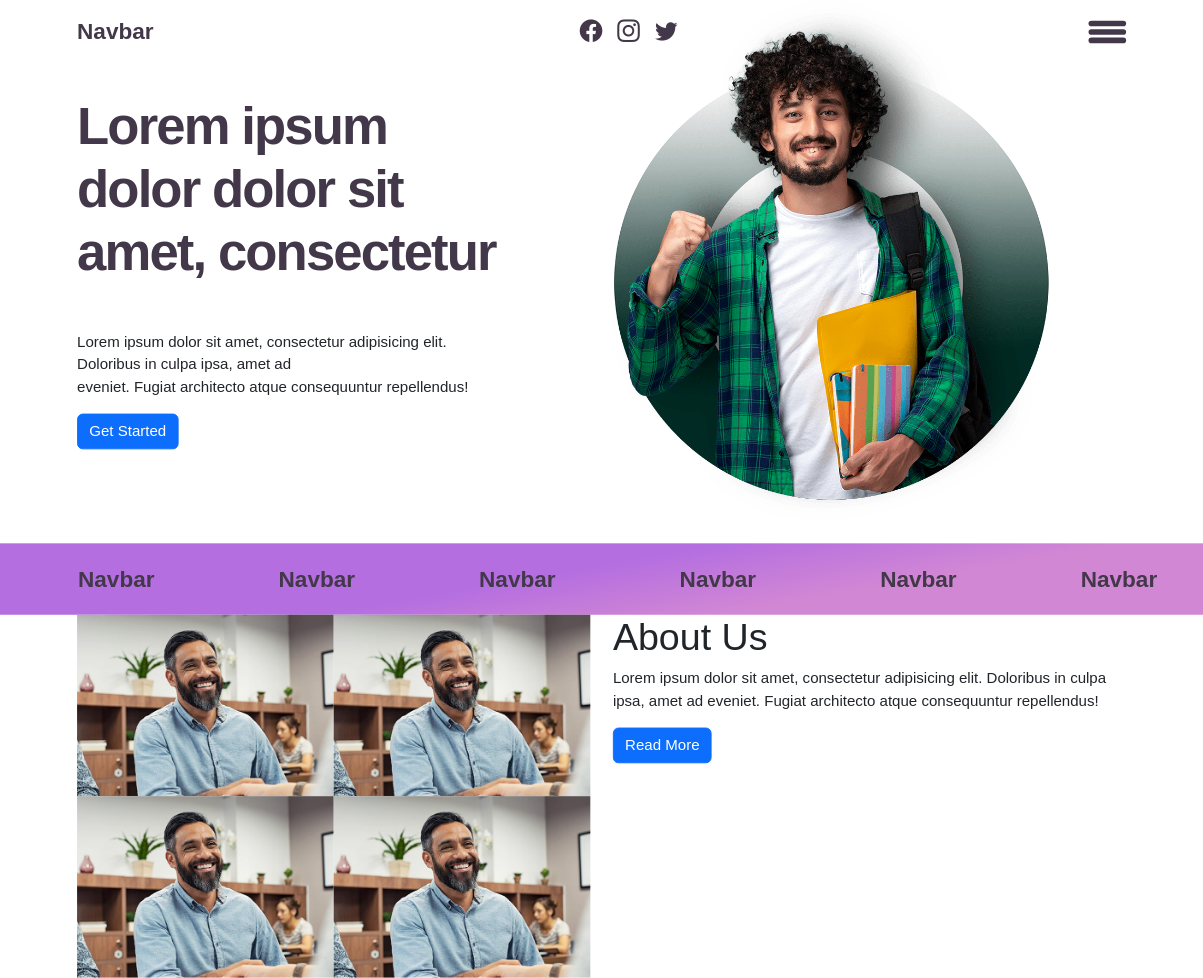
Repository: tagnam/project27012025
Page: index.html
An editor plug-in stored every save of this project. The page is shown before and after a run of saves, followed by the edit.
The browser window is 1280 px wide. The pictures show the whole page, at 94% of full size.

Above is the page before, as saved 2025-01-27 16:26:55.

### index.html
<!DOCTYPE html>
<html lang="en">
<head>
    <meta charset="UTF-8">
    <meta name="viewport" content="width=device-width, initial-scale=1.0">
    <link href="https://cdn.jsdelivr.net/npm/bootstrap@5.3.3/dist/css/bootstrap.min.css" rel="stylesheet" integrity="sha384-QWTKZyjpPEjISv5WaRU9OFeRpok6YctnYmDr5pNlyT2bRjXh0JMhjY6hW+ALEwIH" crossorigin="anonymous">
    <link rel="stylesheet" href="style/css/index.css">
    <link rel="stylesheet" href="style/css/animation.css">
    <link rel="stylesheet" href="style/css/responsive.css">
    <title>project27012025</title>
</head>
<body>
<header>
    <!-- --------------------------------------------start nav bar ------------------------------->
    <nav class="navbar navbar-expand-lg custom-nav">
        <div class="container">
          <div class="collapse navbar-collapse justify-content-between" id="navbarSupportedContent">
            <a class="navbar-brand" href="#">Navbar</a>
            <ul class="navbar-nav  ">

              <li class="nav-item">
                <a class="nav-link" href="#"><i class="bi bi-facebook"></i></a>
              </li>
              <li class="nav-item">
                <a class="nav-link" href="#"><i class="bi bi-instagram"></i></a>
              </li>
              <li class="nav-item">
                <a class="nav-link" href="#"><i class="bi bi-twitter"></i></a>
              </li>
            </ul>
            <div class="d-flex">
               <div class="menu-container" type="button" data-bs-toggle="offcanvas" data-bs-target="#offcanvasExample" aria-controls="offcanvasExample">
                <span class="span-menu-01 menu-icon"></span>
                <span class="span-menu-02 menu-icon"></span>
                <span class="span-menu-03 menu-icon"></span>
            </div>
            </div>
          </div>
        </div>
      </nav>

      <!-- ------------------------------start offcanvas ---------------------------------------->
      <div class="offcanvas offcanvas-start " tabindex="-1" id="offcanvasExample" aria-labelledby="offcanvasExampleLabel">
        <div class="offcanvas-header">
          <h5 class="offcanvas-title" id="offcanvasExampleLabel">Offcanvas</h5>
          <button type="button" class="btn-close text-reset" data-bs-dismiss="offcanvas" aria-label="Close"></button>
        </div>
        <div class="offcanvas-body">
          <div>
            Some text as placeholder. In real life you can have the elements you have chosen. Like, text, images, lists, etc.
          </div>
          <div class="dropdown mt-3">
            <button class="btn btn-secondary dropdown-toggle" type="button" id="dropdownMenuButton" data-bs-toggle="dropdown">
              Dropdown button
            </button>
            <ul class="dropdown-menu" aria-labelledby="dropdownMenuButton">
              <li><a class="dropdown-item" href="#">Action</a></li>
              <li><a class="dropdown-item" href="#">Another action</a></li>
              <li><a class="dropdown-item" href="#">Something else here</a></li>
            </ul>
          </div>
        </div>
      </div>
       <!-- -----------------------------end offcanvas ------------------------------------------->
      <!------------------------------------------------ end navbar ----------------------------->


</header>
<section class="hero-section">
    <div  class="container" style="height: 100%;">
        <div class="row" >
            <div class="col-lg-6 col-md-6 col-sm-12">
                <div class="banner-content ">
                    <h1>Lorem ipsum dolor  dolor sit amet, consectetur </h1>
                    <p>Lorem ipsum dolor sit amet, consectetur adipisicing elit. Doloribus in culpa ipsa, amet ad<br> eveniet. Fugiat architecto atque consequuntur repellendus!</p>
                    <button class="btn btn-primary">Get Started</button>
                </div>
            </div>
            <div class="col-lg-6 col-md-6 col-sm-12">
                <div class="banner-img d-flex justify-content-end">
                    <img src="image/hero-banner-01.webp" class="w-100" alt="">

            </div>

        </div>
    </div>
    <!-- <div class="row">
        <div class="col-lg-6 col-md-6 col-sm-12 d-flex justify-content-start">
            <div class="banner-btn">
                <a class="btn custom-btn btn-outline-success"> Get Started </a>
            </div>
        </div>
        <div class="col-lg-6 col-md-6 col-sm-12 d-flex justify-content-end">
             <div class="banner-footer-text">
                <p>Lorem ipsum dolor sit amet <br>consectetur adipisicing elit. Numquam, vel.</p>
             </div>

    </div>
 </div> -->
  </section>


<section class="client-section">
    <div class="container-fluid">
       <div class="row  row-cols-3 row-cols-md-6 g-4">
        <div class="col client-logo">
            <a class="navbar-brand w-25" href="#">Navbar</a>
        </div>
        <div class="col client-logo">
            <a class="navbar-brand w-25" href="#">Navbar</a>
        </div>
        <div class="col client-logo">
            <a class="navbar-brand w-25" href="#">Navbar</a>
        </div>
        <div class="col client-logo">
            <a class="navbar-brand w-25" href="#">Navbar</a>
        </div>
        <div class="col client-logo">
            <a class="navbar-brand w-25" href="#">Navbar</a>
        </div>
        <div class="col client-logo">
            <a class="navbar-brand w-25" href="#">Navbar</a>
        </div>

    </div>
    </div>
</section>

<section>
    <div class="container">
        <div class="row">
            <div class="col-lg-6 col-md-6 col-sm-12">
                <div class="about-row row  row-cols-1 row-cols-md-2 g-0">
                    <div class="col">
                        <div class="img">
                            <img src="image/elearning-08.jpg" class="w-100" alt="">
                        </div>
                    </div>
                    <div class="col">
                        <div class="img">
                            <img src="image/elearning-08.jpg" class="w-100" alt="">
                        </div>
                    </div>
                    <div class="col">
                        <div class="img">
                            <img src="image/elearning-08.jpg" class="w-100" alt="">
                        </div>
                    </div>
                    <div class="col">
                        <div class="img">
                            <img src="image/elearning-08.jpg" class="w-100" alt="">
                        </div>
                    </div>
                </div>
            </div>
            <div class="col-lg-6 col-md-6 col-sm-12">
                <div class="about-content">
                    <h1>About Us</h1>
                    <p>Lorem ipsum dolor sit amet, consectetur adipisicing elit. Doloribus in culpa ipsa, amet ad eveniet. Fugiat architecto atque consequuntur repellendus!</p>
                    <button class="btn btn-primary">Read More</button>
                </div>
            </div>

        </div>
    </div>
</section>
<script src="https://cdn.jsdelivr.net/npm/bootstrap@5.3.3/dist/js/bootstrap.bundle.min.js" integrity="sha384-YvpcrYf0tY3lHB60NNkmXc5s9fDVZLESaAA55NDzOxhy9GkcIdslK1eN7N6jIeHz" crossorigin="anonymous"></script>
<script src="style/js/custom.js"></script>
</body>
</html>

### style/css/index.css
@import url("https://cdn.jsdelivr.net/npm/bootstrap-icons@1.11.3/font/bootstrap-icons.min.css");

*{
 margin: 0;
padding: 0;
box-sizing: border-box;
}

:root{
    --dark-color:#423849;
    --semi-dark-color:#b46ee0;
    --light-color:#d287d4;
    --white-color:#fff;
    --main-heading-font-size: 3.5rem;
    --subheading-font-size: 2rem;
    --paragraph-font-size: 1rem;


}


body{
    font-family: 'Poppins', sans-serif;


}

header{
    position: fixed;
    top: 0;
    z-index: 1000;
width: 100%;
}

.navbar-brand{
    font-size: 1.5rem;
    font-weight: 800;
    color: var(--dark-color);
}

.menu-icon{
    display: block;
    width: 40px;
    height: 6px;
    background-color: var(--dark-color);
    margin: 3px auto;
    border-radius: 20px;
    cursor: pointer;
}


.nav-link .bi{
    font-size: 1.5rem;
    color: var(--dark-color);
}

.banner-content{
    margin: 100px auto;
    padding-right: 100px;
}

.banner-content h1{
    color: var(--dark-color);
    font-weight: 800;
    /* font-size: 55px; */
    font-size: var(--main-heading-font-size);
    letter-spacing: -2px;
    margin: 50px 0px;
}
/* .hero-section{
   background-image: url(/image/business-banner.jpg);
    background-size: cover;
    background-position: center;
    height: 100vh;
} */

.banner-footer-text p{
    color: var(--dark-color);

}


.client-section{
    background: linear-gradient(-190deg, rgba(180,110,224,1) 45%, rgba(210,135,212,1) 70%);
    padding: 20px 0px;
    overflow: hidden;
}

.client-logo{
    display: flex;
    justify-content: center;
    align-items: center;
    flex-wrap: wrap;
    color: var(--white-color);
}
.about-row {
    border: ;
}

Loaded but not shown: style/js/custom.js (no copy from this time; the picture is the same without it); style/css/animation.css (no stored copy; drawn as an empty file); style/css/responsive.css (no stored copy; drawn as an empty file)

After the next 6 saves:
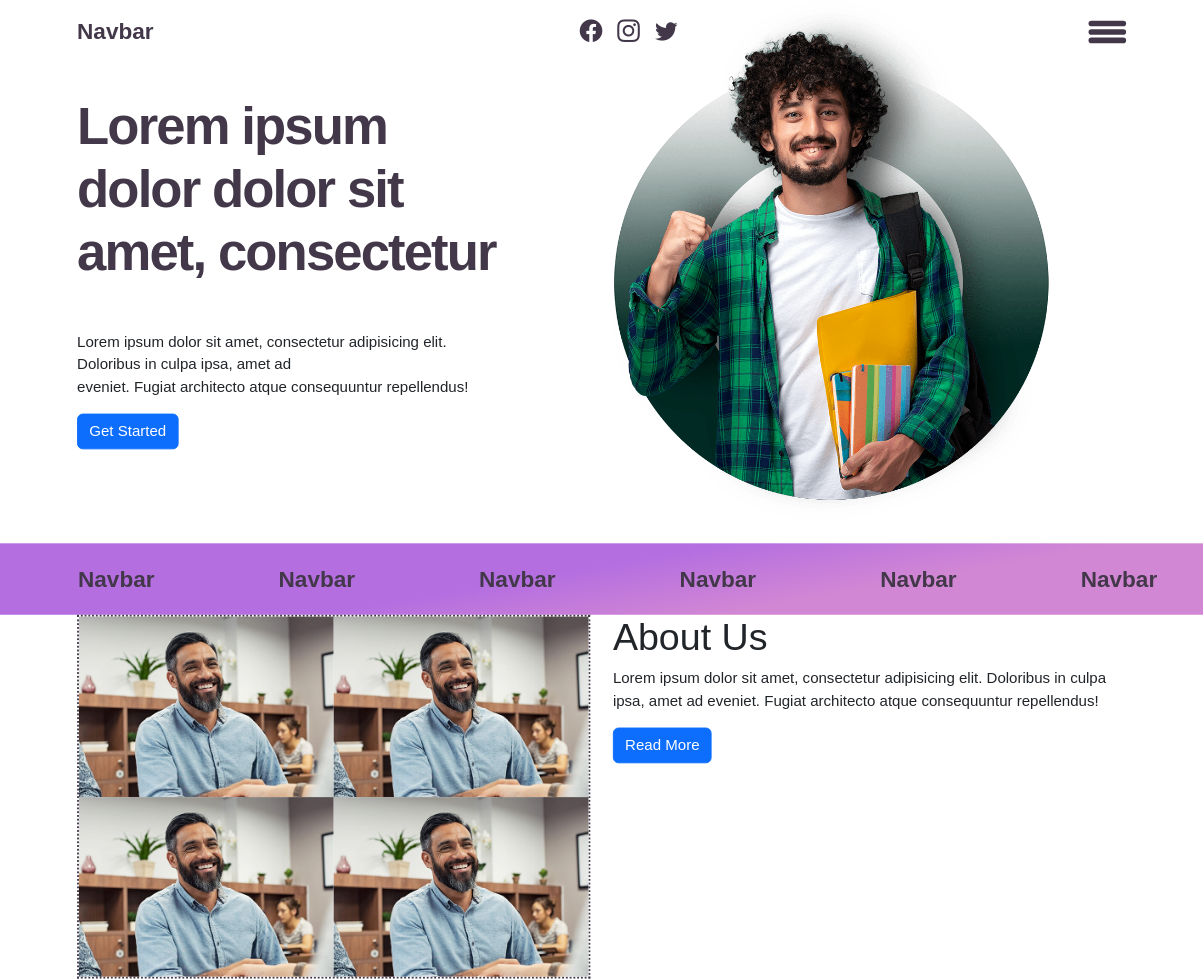
The 6 saves are shown as one change because they came seconds apart.
The last was saved 20 s later.
--- a/style/css/index.css
+++ b/style/css/index.css
@@ -94,5 +94,5 @@ width: 100%;
     color: var(--white-color);
 }
 .about-row {
-    border: ;
+    border: 2px dotted var(--dark-color);
 }
